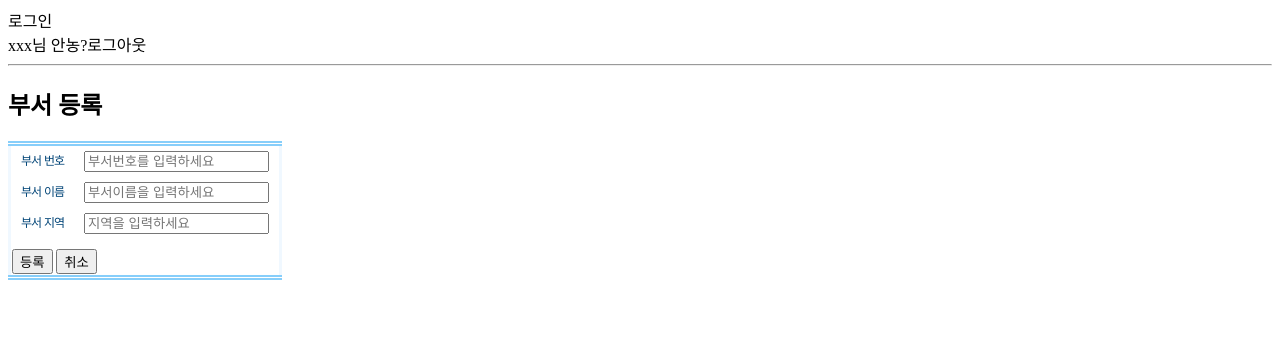
Repository: tmddnrdl333/5_BackEnd
Page: http://localhost/0323_mvc_basic/dept/modify.jsp
The author's editor kept a copy of each file at every save. The page is drawn from the files as they stood at one save, then again after the next save.
The browser window is 1280 px wide. The pictures show the whole page.
The page is served by Tomcat 9.

Above is the page before, as saved 2022-03-24 04:48:46.

After the next save:
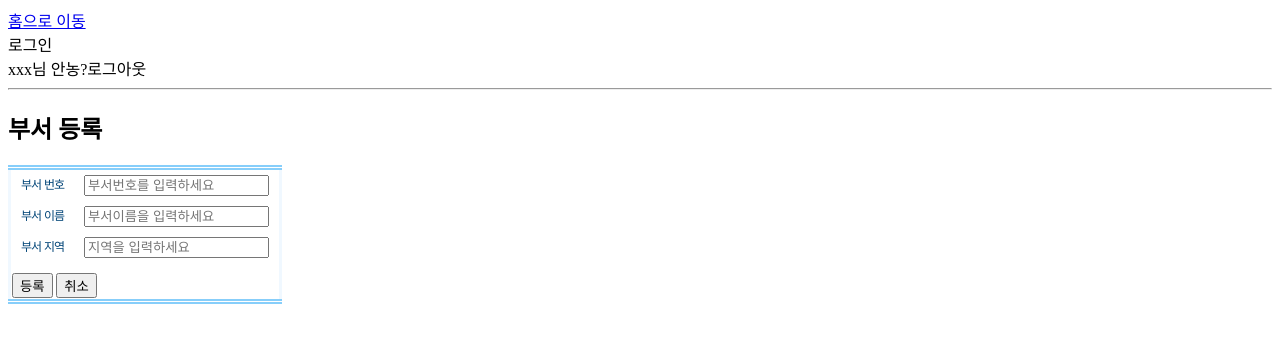
Saved 106 s later.
--- a/0323_mvc_basic/WebContent/menu.jsp
+++ b/0323_mvc_basic/WebContent/menu.jsp
@@ -1,7 +1,12 @@
 <%@ page language="java" contentType="text/html; charset=UTF-8"
-    pageEncoding="UTF-8"%>
+	pageEncoding="UTF-8"%>
+<a href="<%=request.getContextPath()%>">홈으로 이동</a>
 <!-- 로그인 안 한 경우 -->
-<div><a>로그인</a></div>
+<div>
+	<a>로그인</a>
+</div>
 <!-- 로그인 한 경우 -->
-<div>xxx님 안농?<a>로그아웃</a></div>
-<hr/>
+<div>
+	xxx님 안농?<a>로그아웃</a>
+</div>
+<hr />
